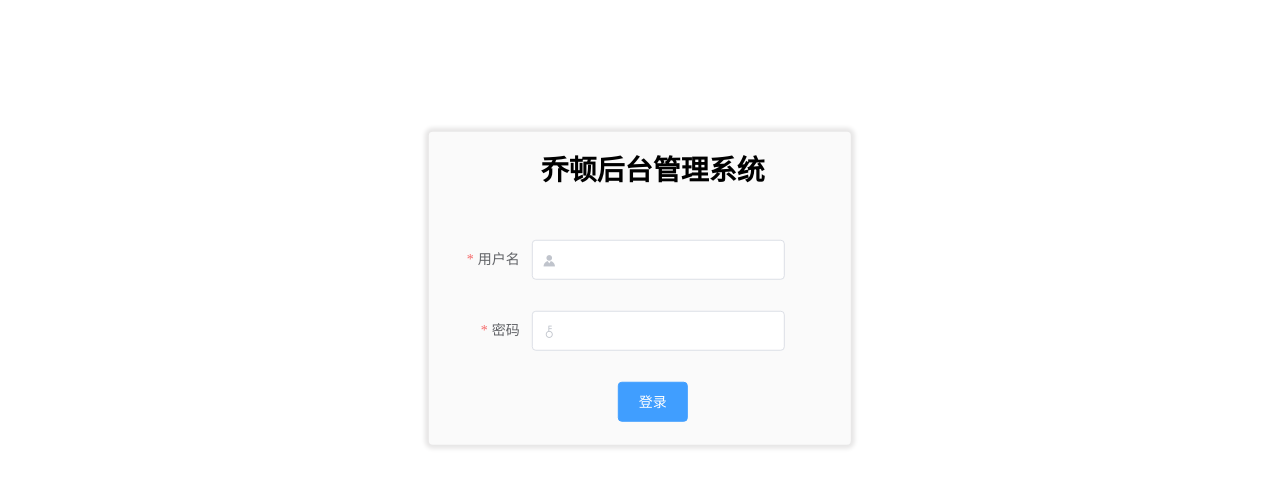
Repository: wangshanghai240/doll-practive
Page: /
These files come from the project's save history. The page is drawn as it stood at one moment and after a run of saves; the edit follows.
The browser window is 1280 px wide. The pictures show the whole page.
The project was rebuilt for these pictures with package versions that can differ from the ones it lists, and the page was loaded fresh each time. Also part of the build but not shown: vue.config.js. Imported but missing from the stored project, and not drawn on this page: src/views/admin/ordermeeting/ordermeeting/ordersearch.vue.

Above is the page before, as saved 2021-08-24 10:01:48.

After the next 2 saves:
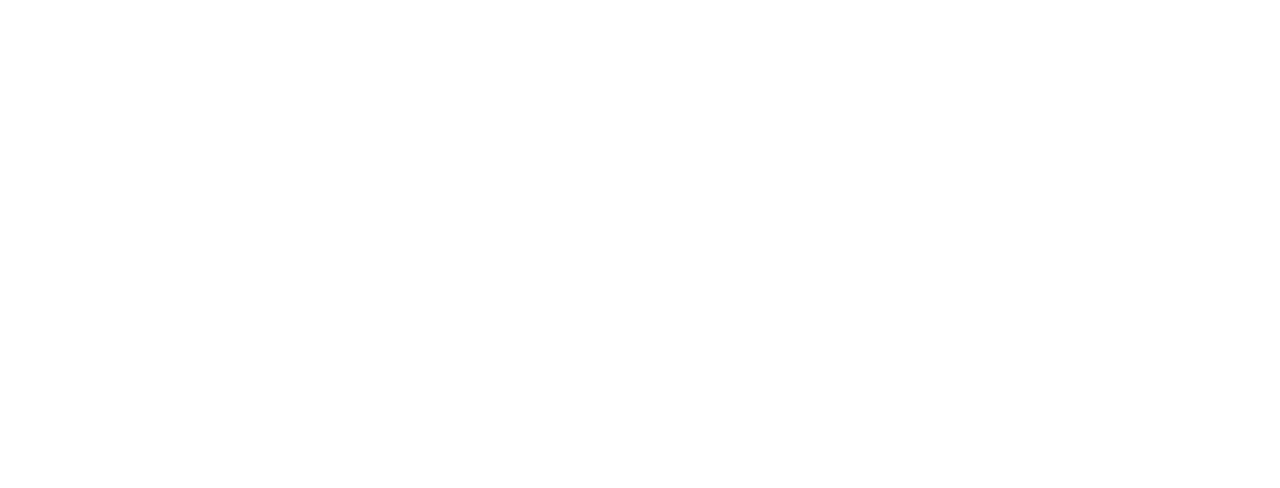
The 2 saves are shown as one change because 1 did not build or start.
The last was saved 5 min 13 s later.
--- a/src/router/index.js
+++ b/src/router/index.js
@@ -130,23 +130,23 @@
             requireAuth:true
         },
         // 进入该路径需要验证，登录验证一般都是在全局路由使用导航守卫beforeEach()或者在路由列表中使用路由守卫beforeEnter
-        beforeEnter:(to,from,next) =>{
-            console.log(to.matched)
-            if(to.matched.some((r)=>{r.meta.requireAuth})){
-                if(window.sessionStorage.getItem('token')){
-                    next()
-                }
-                else{
-                    next({
-                        name:'login',
-                        redirect:to.fullPath
-                    })
-                }
-            }
-            else{
-                next('/login')
-            }
-        }
+    //     beforeEnter:(to,from,next) =>{
+    //         console.log(to.matched)
+    //         if(to.matched.some((r)=>{r.meta.requireAuth})){
+    //             if(window.sessionStorage.getItem('token')){
+    //                 next()
+    //             }
+    //             else{
+    //                 next({
+    //                     name:'login',
+    //                     redirect:to.fullPath
+    //                 })
+    //             }
+    //         }
+    //         else{
+    //             next('/login')
+    //         }
+    //     }
     }
 
 ]
@@ -180,8 +180,21 @@
 //         next()
 //     }
 // })
-// router.beforeEach((to, from, next) => {
-
-// })
+router.beforeEach((to, from, next) => {
+    if(to.matched.some((r)=>{r.meta.requireAuth})){
+        if(window.sessionStorage.getItem('token')){
+            next()
+        }
+        else{
+            next({
+                name:'login',
+                redirect:to.fullPath
+            })
+        }
+    }
+    else{
+        next('/login')
+    }
+})
 // 导出路由对象，暴露接口
 export default router

After the 2 saves that followed:
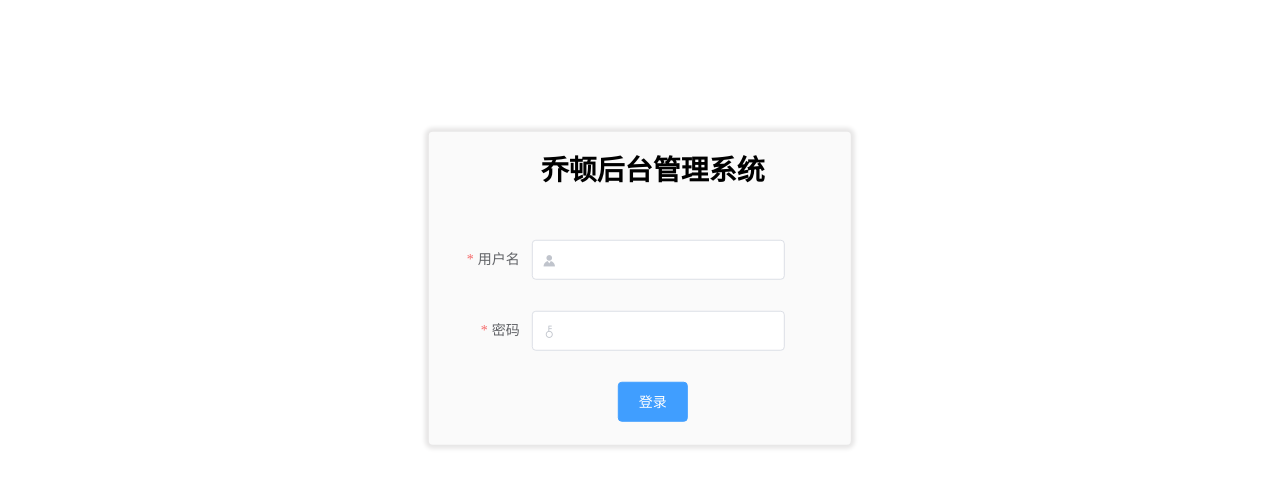
The 2 saves are shown as one change because 1 left the picture as it was.
The last was saved 3 min 18 s later.
--- a/src/router/index.js
+++ b/src/router/index.js
@@ -193,7 +193,7 @@
         }
     }
     else{
-        next('/login')
+        next()
     }
 })
 // 导出路由对象，暴露接口
